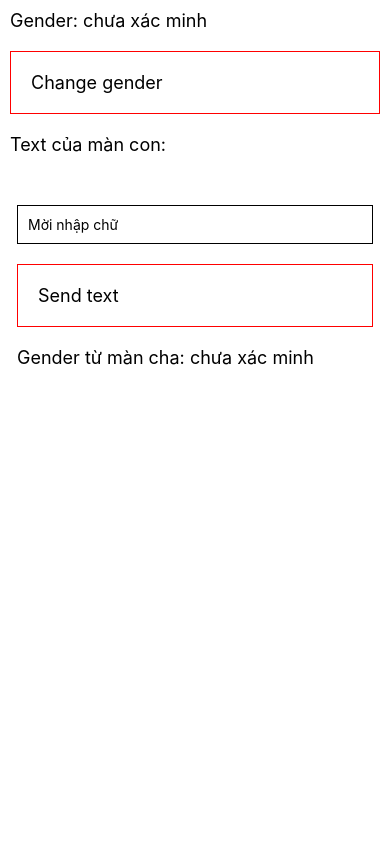
Repository: web345/test
Screen: /
An editor plug-in stored every save of this project. The screen is shown before and after the next save, followed by the edit.
The app was drawn by React Native's web renderer in a window 390 px wide. The project was rebuilt for these pictures with package versions that can differ from the ones it lists, and the page was loaded fresh each time.

Above is the screen before, as saved 2021-08-17 15:04:07.

### App.js
import React, {useState} from 'react'
import { View, Text, TextInput, TouchableOpacity, StyleSheet, SafeAreaView } from 'react-native'
import Form2 from "./form2"
export default function App() {


  const [gioitinh, setGioitinh]= useState("chưa xác minh");
  const [text1, settext1]= useState(" ");

  const changeGender=()=>{
    setGioitinh("Nam");
  }

  const changeText=(val)=>{
    settext1(val);
  }
  return (
    <SafeAreaView>
      <View style={style.form1}>
    <Text style={style.text} >Gender: {gioitinh}</Text>
    <TouchableOpacity style={style.button} onPress={changeGender}><Text style={style.text}>Change gender</Text></TouchableOpacity>
    <Text style={style.text} >Text của màn con: {text1}</Text>
    </View>
    <Form2 gioitinh={gioitinh} text3={changeText}/>
    </SafeAreaView>
  )
}

const style =StyleSheet.create({
  text: {
    fontSize: 18,
    margin: 10,
  },
  button: {
    borderWidth: 1,
    padding: 10,
    borderColor: "red",
    margin: 10,
  },
  form1: {
    marginBottom: 30,
  },
});

### form2.js
import React, {useState}from 'react'
import { View, Text, StyleSheet, TextInput, TouchableOpacity } from 'react-native'

export default function form2(props) {

    const [text2, setText2]=useState(" ");
    const getText=()=>{
        props.text3(text2);
    }
    return (
        <View style={style.container}>
        <TextInput placeholder={"Mời nhập chữ"} style={style.input} onChangeText={(txt)=>setText2(txt)}></TextInput>
        <TouchableOpacity style={style.button} onPress={getText}><Text style={style.text}>Send text</Text></TouchableOpacity>
        <Text style={style.text}>Gender từ màn cha: {props.gioitinh}</Text>
        <Text>{text2}</Text>
        </View>
    )
}

const style=StyleSheet.create({
    container: {
        marginLeft: 7,
        marginRight: 7,
    },
    text: {
        fontSize: 18,
        margin: 10,
      },
      button: {
        borderWidth: 1,
        padding: 10,
        borderColor: "red",
        margin: 10,
      },
      input: {
          borderWidth: 1,
          padding: 10,
          margin: 10,
      }
})

After the next save:
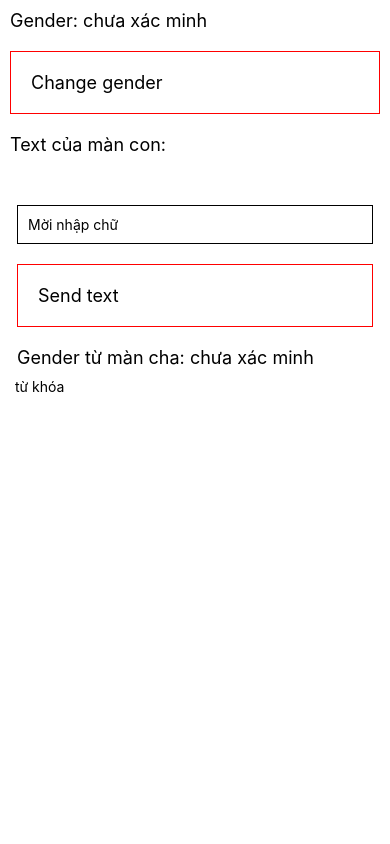
Saved 6 s later.
--- a/form2.js
+++ b/form2.js
@@ -12,7 +12,7 @@ export default function form2(props) {
         <TextInput placeholder={"Mời nhập chữ"} style={style.input} onChangeText={(txt)=>setText2(txt)}></TextInput>
         <TouchableOpacity style={style.button} onPress={getText}><Text style={style.text}>Send text</Text></TouchableOpacity>
         <Text style={style.text}>Gender từ màn cha: {props.gioitinh}</Text>
-        <Text>{text2}</Text>
+        <Text>{text2} từ khóa</Text>
         </View>
     )
 }
